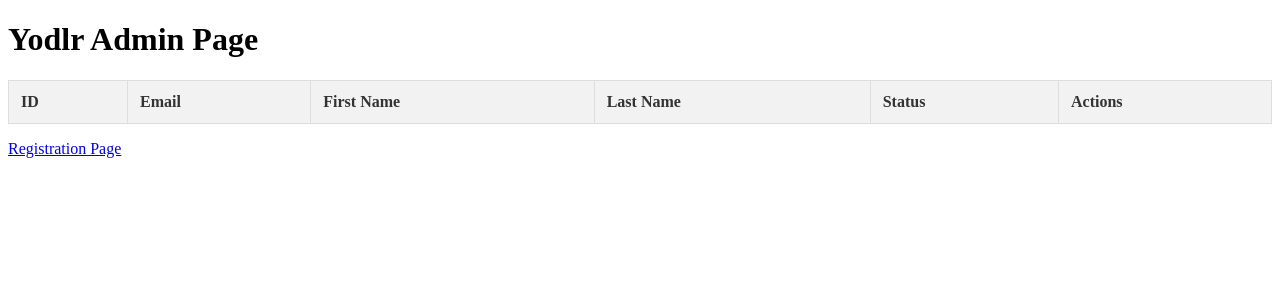
Repository: rmdayberry/yodlr-take-home
Page: public/admin.html
These files come from the project's save history. The page is drawn as it stood at one moment and after the next save; the edit follows.
The browser window is 1280 px wide. The pictures show the whole page.
The page's requests for data from a server got no answer.

Above is the page before, as saved 2024-10-08 15:35:44.
Console error: TypeError: Cannot read properties of undefined (reading 'message')

### public/admin.html
<!DOCTYPE html>
<html>
  <head>
    <meta charset="utf-8" />
    <title>Yodlr Admin Page</title>
    <link rel="stylesheet" href="css/admin.css" />
    <script src="https://code.jquery.com/jquery-3.6.0.min.js"></script>
    <script>
      $(document).ready(function () {
        function loadUsers() {
          $.ajax({
            type: "GET",
            url: "http://localhost:3000/users",
            success: function (users) {
              var tableBody = $("#userTable tbody");
              tableBody.empty(); // clear the table before adding new rows

              users.forEach(function (user) {
                console.log(user);
                tableBody.append(
                  `<tr>
                      <td>${user.id}</td>
                      <td>${user.email}</td>
                      <td>${user.firstName}</td>
                      <td>${user.lastName}</td>
                      <td><button class="delete" data-id="${
                        user.id
                      }">Delete</button></td>
                      </tr>`
                );
              });
            },
            error: function (err) {
              alert("Error fetching users: " + err.responseJSON.message);
            },
          });
        }

        loadUsers(); //loads users on page load

        //Handle delete button click
        $("#userTable").on("click", ".delete", function () {
          var userId = $(this).data("id");
          $.ajax({
            type: "DELETE",
            url: `http://localhost:3000/users/${userId}`,
            success: function () {
              alert("User was deleted");
              loadUsers(); // reloads users after deletion was made
            },
            error: function (err) {
              alert("Error deleting user: " + err.responseJSON.message);
            },
          });
        });
      });
    </script>
  </head>
  <body>
    <h1>Yodlr Admin Page</h1>
    <table id="userTable">
      <thead>
        <tr>
          <th>ID</th>
          <th>Email</th>
          <th>First Name</th>
          <th>Last Name</th>
          <th>Status</th>
          <th>Actions</th>
        </tr>
      </thead>
      <tbody></tbody>
    </table>
    <p>
      <a href="signup.html">Registration Page</a>
    </p>
  </body>
</html>

### public/css/admin.css
table {
  width: 100%;
  border-collapse: collapse;
  margin-top: 20px;
}
table,
th,
td {
  border: 1px solid #ddd;
}
th,
td {
  padding: 12px;
  text-align: left;
}
th {
  background-color: #f2f2f2;
  color: #333;
}

tr:nth-child(even) {
  background-color: #f9f9f9;
}
tr:hover {
  background-color: #f1f1f1;
}

After the next save:
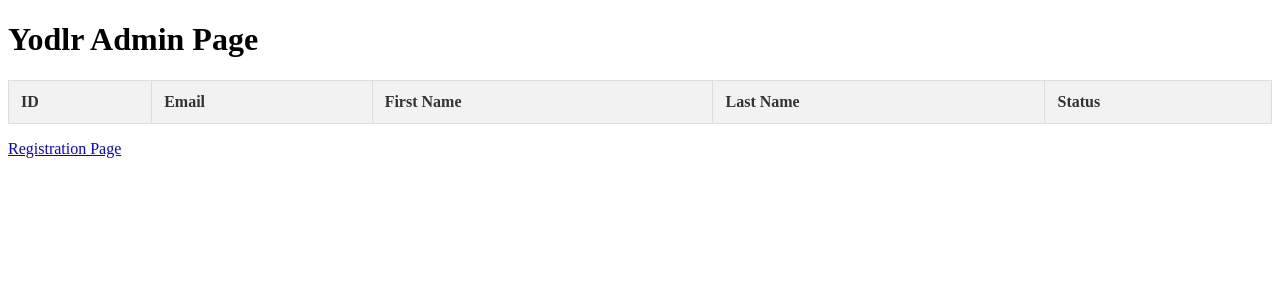
Saved 48 s later.
--- a/public/admin.html
+++ b/public/admin.html
@@ -23,9 +23,7 @@
                       <td>${user.email}</td>
                       <td>${user.firstName}</td>
                       <td>${user.lastName}</td>
-                      <td><button class="delete" data-id="${
-                        user.id
-                      }">Delete</button></td>
+                      <td><button class="delete" data-id="${user.id}">Delete</button></td>
                       </tr>`
                 );
               });
@@ -66,7 +64,6 @@
           <th>First Name</th>
           <th>Last Name</th>
           <th>Status</th>
-          <th>Actions</th>
         </tr>
       </thead>
       <tbody></tbody>
